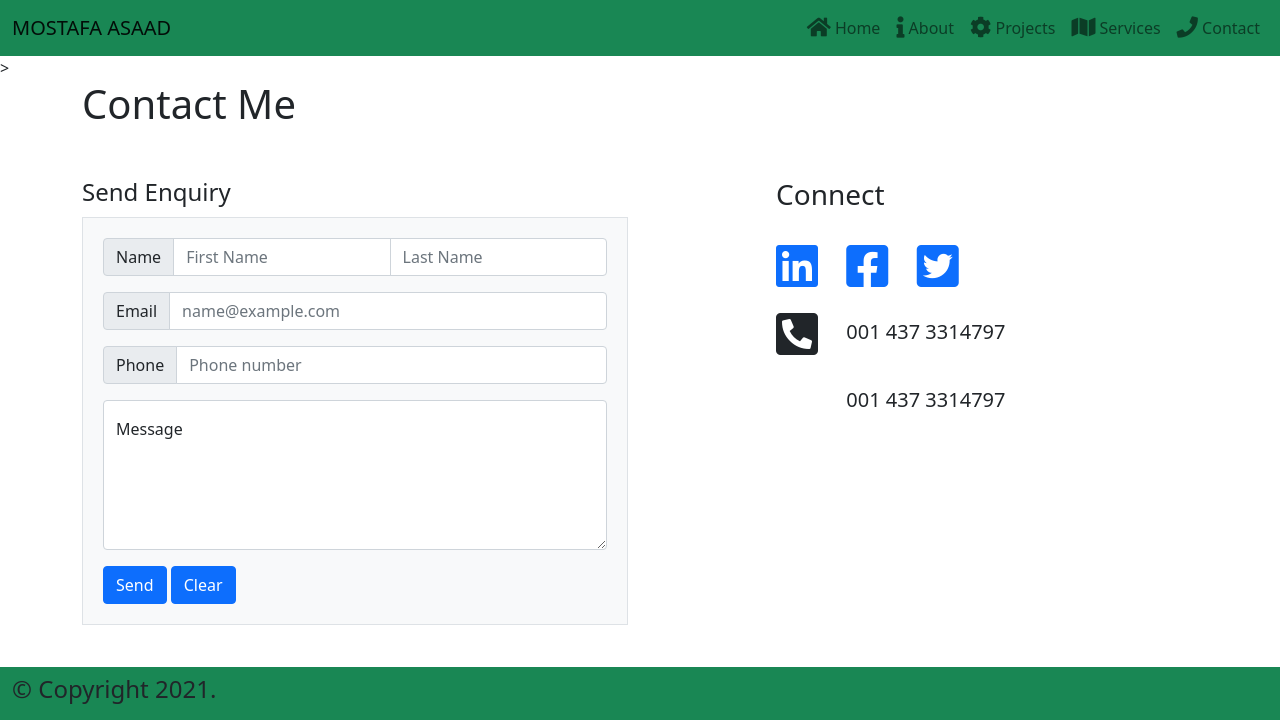
Repository: Mostafa-Asaad/Portfolio
Page: http://localhost/contact
An editor plug-in stored every save of this project. The page is shown before and after the next save, followed by the edit.
The browser window is 1280 px wide. The pictures show the whole page.
The page is served by the project's Node server (index.js).

Above is the page before, as saved 2021-06-04 17:14:54.

After the next save:
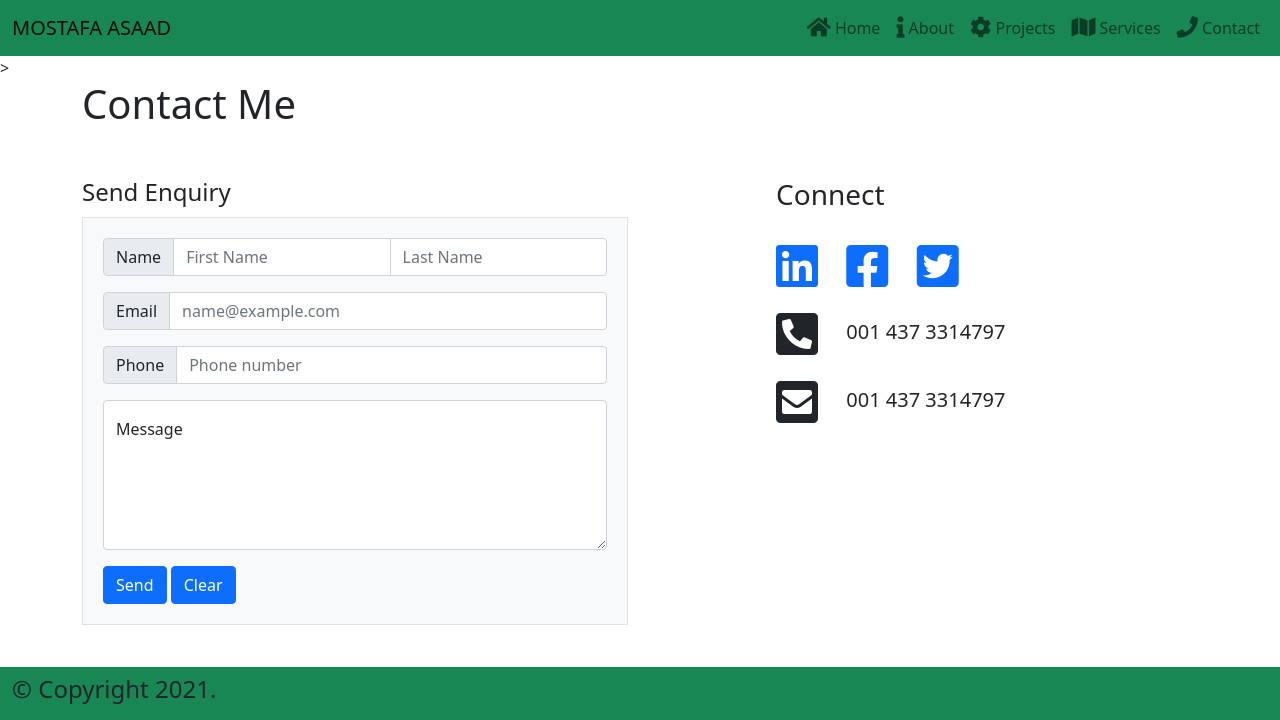
Saved 46 s later.
--- a/Server/Views/content/contact.ejs
+++ b/Server/Views/content/contact.ejs
@@ -69,7 +69,7 @@
           </div>
           <div class="row align-items-start" style= "margin-bottom:20px;">
             <div class="col-2 margin-bottom:30px">
-              <i class="fas fa-email-square-alt fa-3x"></i>
+              <i class="fas fa-envelope-square fa-3x"></i>
             </div>
             <div class="col-6" style= "margin-top:10px;">
               <h5>001 437 3314797</h5>
